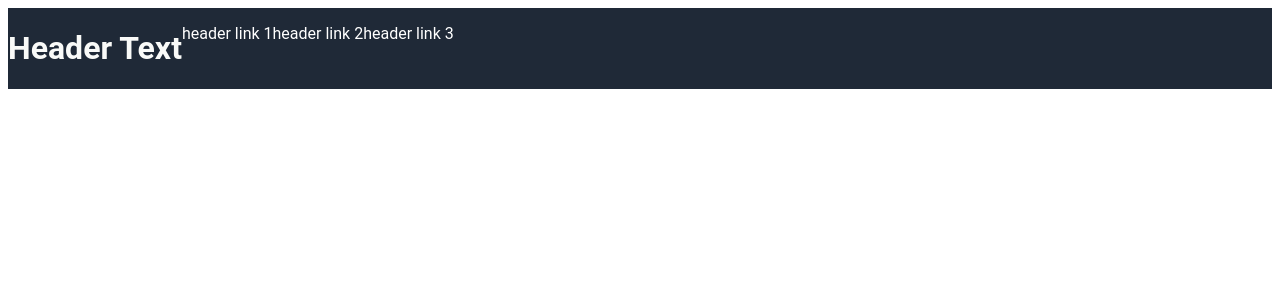
Repository: aaronestre/odin-landingpage
Page: index.html
These files come from the project's save history. The page is drawn as it stood at one moment and after the next save; the edit follows.
The browser window is 1280 px wide. The pictures show the whole page.

Above is the page before, as saved 2025-02-12 19:36:52.

After the next save:
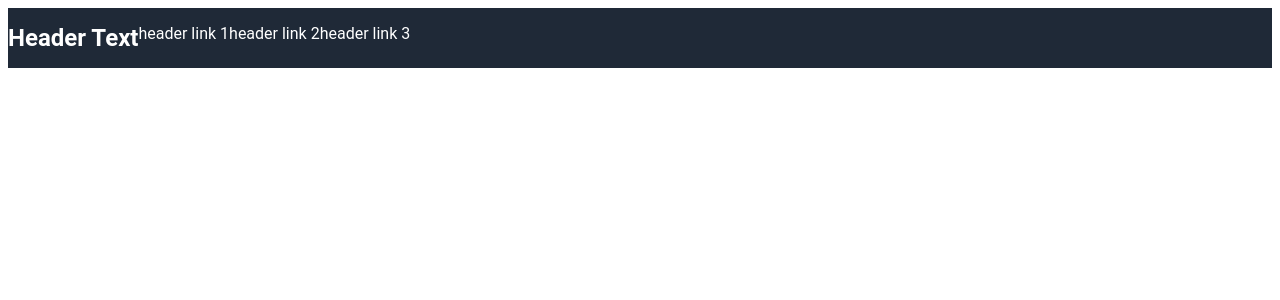
Saved 28 s later.
--- a/index.css
+++ b/index.css
@@ -5,6 +5,6 @@
     display: flex;
 }
 
-h1 {
-    color: #f9faf8;
+header h1 {
+    font-size: 24px;
 }
